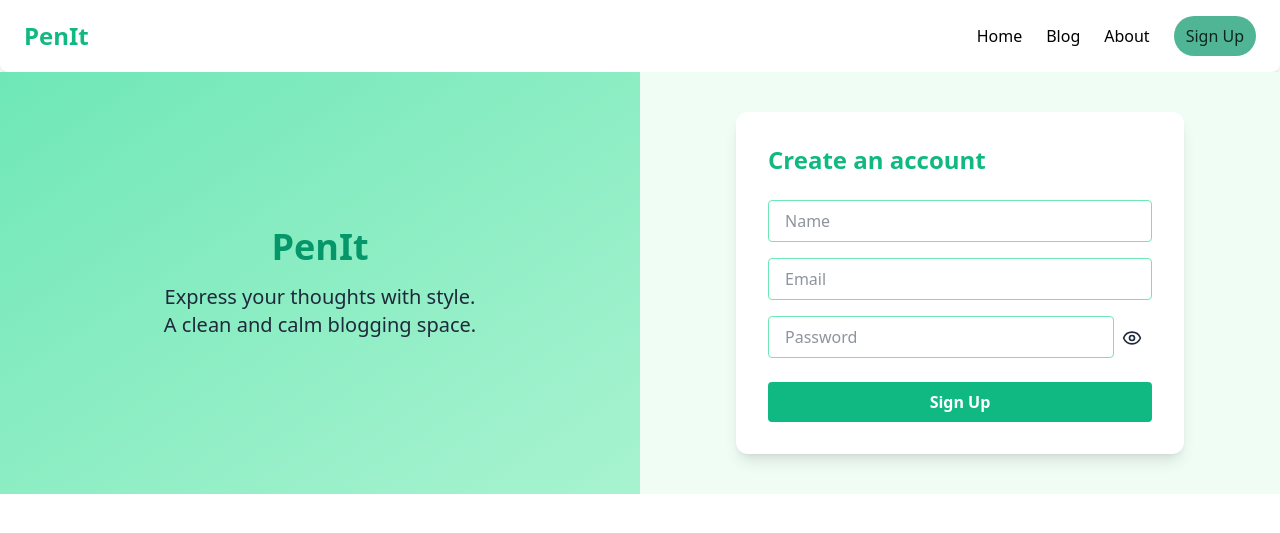
Repository: Mounika-chukkala/PenIt
Page: /signup (app in frontend/)
An editor plug-in stored every save of this project. The page is shown before and after the next save, followed by the edit.
The browser window is 1280 px wide. The pictures show the whole page.
The project was rebuilt for these pictures with package versions that can differ from the ones it lists, and the page was loaded fresh each time. Also part of the build but not shown: frontend/vite.config.js, frontend/src/Pages/Login.jsx, frontend/src/components/CreateBlog.jsx.

Above is the page before, as saved 2025-05-20 17:31:34.

### frontend/src/main.jsx
import { StrictMode } from 'react'
import { createRoot } from 'react-dom/client'
import './index.css'
import { Toaster } from 'react-hot-toast'
// import {BrowserRouter} from "react-router-dom"
import { BrowserRouter } from 'react-router-dom'
import App from './App.jsx'

createRoot(document.getElementById('root')).render(
  <StrictMode>
    <BrowserRouter>

    <App />
    </BrowserRouter>
  </StrictMode>,
)

### frontend/src/index.css
@import "tailwindcss";


/* :root {
  font-family: system-ui, Avenir, Helvetica, Arial, sans-serif;
  line-height: 1.5;
   font-weight: 400;

  color-scheme: light dark;
  color: rgba(255, 255, 255, 0.87);
  background-color: #242424;

  font-synthesis: none;
  text-rendering: optimizeLegibility;
  -webkit-font-smoothing: antialiased;
  -moz-osx-font-smoothing: grayscale;
}

a {
  font-weight: 500;
  color: #646cff;
  text-decoration: inherit;
}
a:hover {
  color: #535bf2;
}

body {
  margin: 0;
  display: flex;
  place-items: center;
  min-width: 320px;
  min-height: 100vh;
}

h1 {
  font-size: 3.2em;
  line-height: 1.1;
}

button {
  border-radius: 8px;
  border: 1px solid transparent;
  padding: 0.6em 1.2em;
  font-size: 1em;
  font-weight: 500;
  font-family: inherit;
  background-color: #1a1a1a;
  cursor: pointer;
  transition: border-color 0.25s;
}
button:hover {
  border-color: #646cff;
}
button:focus,
button:focus-visible {
  outline: 4px auto -webkit-focus-ring-color;
}

@media (prefers-color-scheme: light) {
  :root {
    color: #213547;
    background-color: #ffffff;
  }
  a:hover {
    color: #747bff;
  }
  button {
    background-color: #f9f9f9;
  }
} */

### frontend/src/App.jsx
import { useState } from 'react'
import { Route, Routes } from 'react-router-dom'
// import './App.css'
import Login from './Pages/Login'
import Signup from './Pages/Signup'
// import Navbar from './components/Navbar'
import Layout from "./Pages/Layout"
import CreateBlog from './components/CreateBlog'
function App() {

  return (
  <Routes>
    <Route  element={<Layout/>}>
        <Route path="/signin" element={<Login/>}></Route>
    <Route path="/signup" element={<Signup/>}></Route>
    <Route path="/create-blog" element={<CreateBlog/>}></Route>
    {/* <Route path="/search-blog" element={}></Route> */}
    {/* <Route path="*" element={}></Route> */}
    </Route>

  </Routes>
  )
}

export default App

### frontend/src/Pages/Signup.jsx
import { useState } from "react";
import { Eye,EyeOff } from "lucide-react";
import toast from "react-hot-toast";
function Signup() {
  const [userData, setUserData] = useState({
    name: "",
    email: "",
    password: "",
  });
const [isVisible,setVisible]=useState(false)
  async function handleSubmit() {
    let data = await fetch("http://localhost:3000/users", {
      method: "POST",
      body: JSON.stringify(userData),
      headers: {
        "Content-Type": "application/json",
      },
    });
    let res = await data.json();
    if(!res.success){
        toast.error(res.message);
    }
    else{
        toast.success(res.message);
        localStorage.setItem("User",JSON.stringify(res.user));
    }
  }

  return (
        <div className="max-h-screen flex bg-[#F0FDF4] text-[#1E293B]">
      {/* Left side visual placeholder */}
      <div className="w-1/2 flex flex-col justify-center items-center p-10 bg-gradient-to-br from-[#6EE7B7] to-[#A7F3D0]">
        <h1 className="text-4xl font-bold text-[#059669] mb-4">PenIt</h1>
        <p className="text-xl text-[#1E293B] text-center">
          Express your thoughts with style.<br /> A clean and calm blogging space.
        </p>
      </div>

      {/* Right side sign up form */}
      <div className="w-1/2 flex justify-center items-center p-10">
        <div className="bg-white p-8 rounded-xl shadow-lg w-full max-w-md">
          <h2 className="text-2xl font-bold mb-6 text-[#10B981]">Create an account</h2>
          <input
            className="w-full mb-4 px-4 py-2 border border-[#6EE7B7] rounded focus:outline-none focus:ring-2 focus:ring-[#10B981]"
            type="text"
            placeholder="Name"
            onChange={(e) => setUserData({ ...userData, name: e.target.value })}
          />
          <input
            className="w-full mb-4 px-4 py-2 border border-[#6EE7B7] rounded focus:outline-none focus:ring-2 focus:ring-[#10B981]"
            type="email"
            placeholder="Email"
            onChange={(e) => setUserData({ ...userData, email: e.target.value })}
          />
          {/* <input
            className="w-full mb-6 px-4 py-2 border border-[#6EE7B7] rounded focus:outline-none focus:ring-2 focus:ring-[#10B981]"
            type="password"
            placeholder="Password"
            onChange={(e) => setUserData({ ...userData, password: e.target.value })}
          /> */}

                            <div className="w-full flex gap-2">
                       <input
                        className="w-[90%] mb-6 px-4 py-2 border border-[#6EE7B7] rounded focus:outline-none focus:ring-2 focus:ring-[#10B981]"
                        type={isVisible?"text":"password" }
                        placeholder="Password"
                        onChange={(e) => setUserData({ ...userData, password: e.target.value })}
                      />
                       <div  className="pt-3" onClick={()=>setVisible(!isVisible)}>
             {isVisible ? <EyeOff size={20} /> : <Eye size={20} />}
                       </div>
                       </div>
          <button
            onClick={handleSubmit}
            className="w-full bg-[#10B981] hover:bg-[#059669] text-white py-2 rounded font-semibold transition duration-200"
          >
            Sign Up
          </button>
        </div>
      </div>
    </div>

  );
}

export default Signup;

### frontend/src/Pages/Layout.jsx
import { Outlet } from 'react-router-dom'
import Navbar from '../components/Navbar'

export default function Layout() {
  return (
    <>
      <Navbar />
      <Outlet />
    </>
  )
}

### frontend/src/components/Navbar.jsx
import React from "react";
import { Link } from "react-router-dom";

export default function Navbar() {
  return (
    <nav className="bg-white shadow-md px-6 py-4 flex justify-between items-center rounded-b-lg">
      <h1 className="text-2xl font-bold text-[#10B981]">PenIt</h1>
      <ul className="flex space-x-6 font-medium">
        <li className="hover:text-[#059669] pt-2 cursor-pointer">Home</li>
        <li className="hover:text-[#059669] pt-2 cursor-pointer">Blog</li>
        <li className="hover:text-[#059669] pt-2 cursor-pointer">About</li>
        {/* <li className="hover:text-[#059669] cursor-pointer">Contact</li> */}
        <Link to="/signup">
        <li className="bg-[#059669]/70 rounded-3xl px-3 py-2 text-black/80 transform hover:scale-120 transition duration-300 ease-in-out  hover:text-white cursor-pointer">Sign Up</li>
        </Link>

      </ul>
    </nav>
  );
}

Loaded but not shown: frontend/index.html (common file)

After the next save:
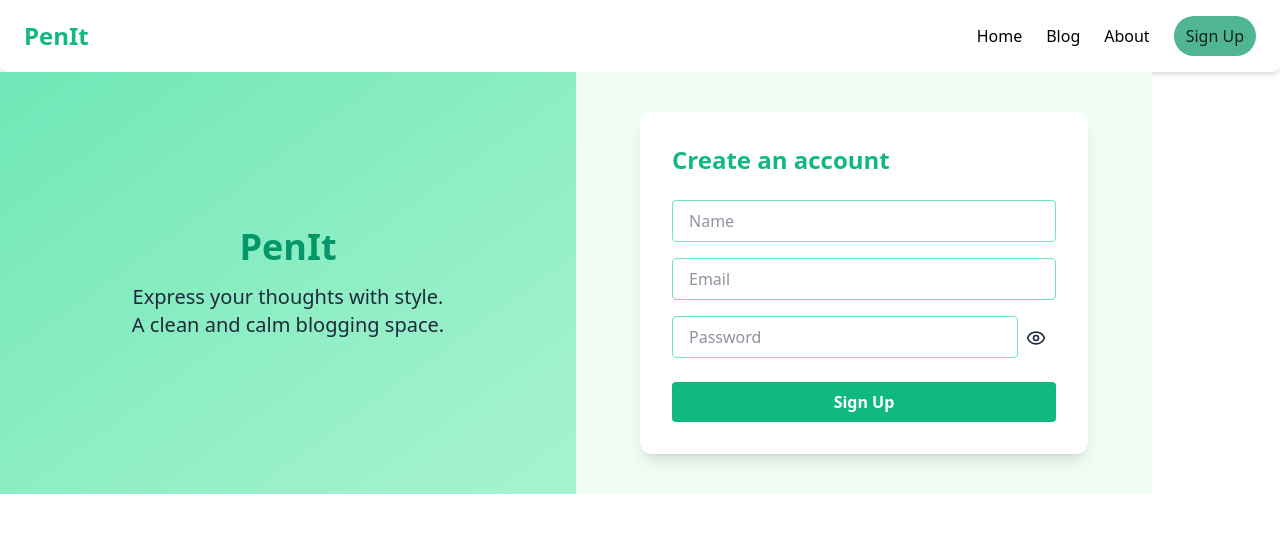
Saved 13 s later.
--- a/frontend/src/Pages/Signup.jsx
+++ b/frontend/src/Pages/Signup.jsx
@@ -27,7 +27,7 @@ const [isVisible,setVisible]=useState(false)
   }
 
   return (
-        <div className="max-h-screen flex bg-[#F0FDF4] text-[#1E293B]">
+        <div className="max-h-screen max-w-[90%] flex bg-[#F0FDF4] text-[#1E293B]">
       {/* Left side visual placeholder */}
       <div className="w-1/2 flex flex-col justify-center items-center p-10 bg-gradient-to-br from-[#6EE7B7] to-[#A7F3D0]">
         <h1 className="text-4xl font-bold text-[#059669] mb-4">PenIt</h1>
